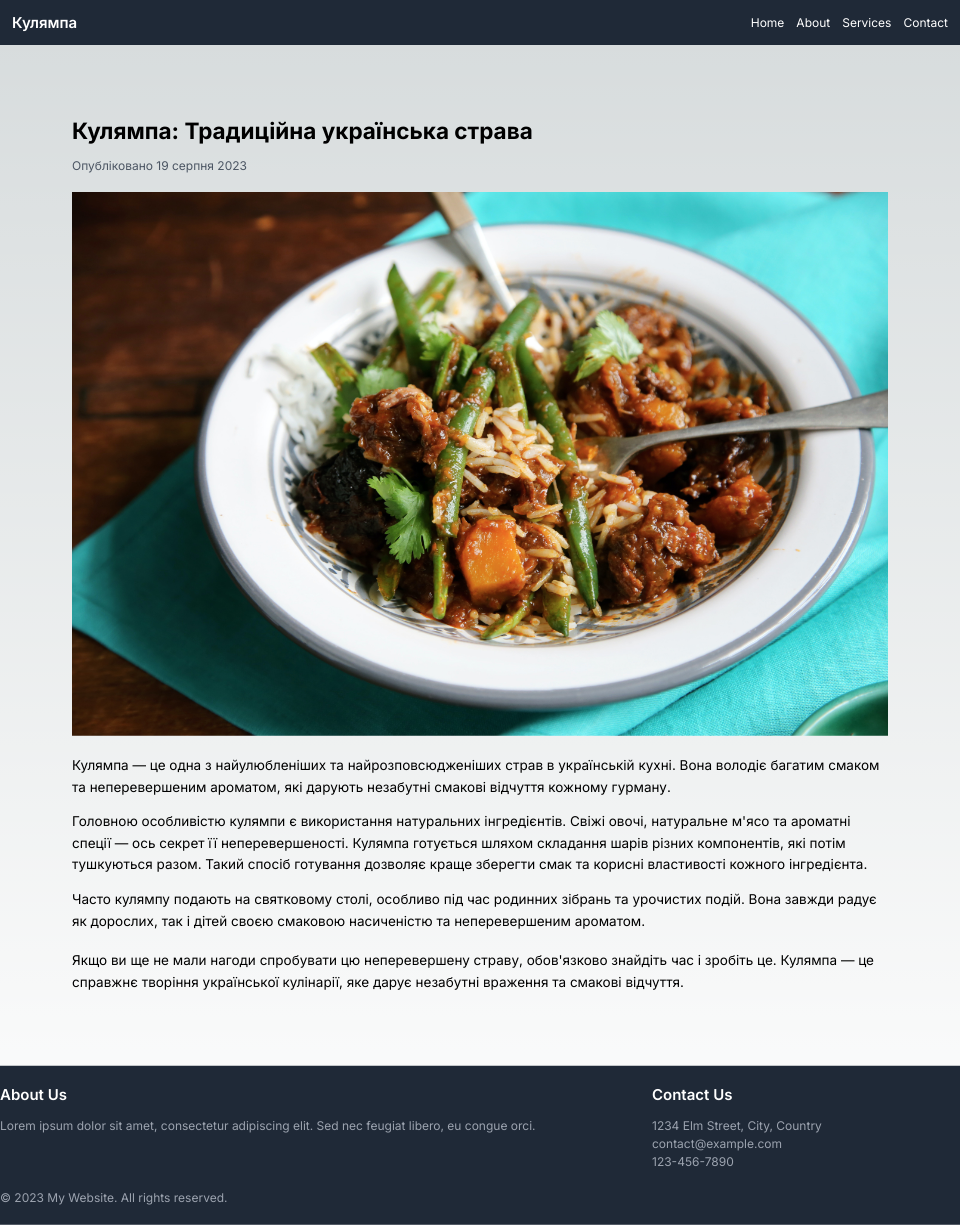
Repository: nika-otter/Kulyampa
Page: /YN
These files come from the project's save history. The page is drawn as it stood at one moment and after the next save; the edit follows.
The browser window is 1280 px wide. The pictures show the whole page, at 75% of full size.
The project was rebuilt for these pictures with package versions that can differ from the ones it lists, and the page was loaded fresh each time. The framework's server and built-in components were replaced by stand-ins that run in the browser. Also part of the build but not shown: next.config.js.

Above is the page before, as saved 2023-08-19 01:49:33.

### app/layout.tsx
import Header from '@/components/Header'
import Footer from '@/components/Footer'
import './globals.css'
import type { Metadata } from 'next'
import { Inter } from 'next/font/google'

const inter = Inter({ subsets: ['latin'] })

export const metadata: Metadata = {
  title: 'Create Next App',
  description: 'Generated by create next app',
}

export default function RootLayout({
  children,
}: {
  children: React.ReactNode
}) {
  return (
    <html lang="en">
      <body className={inter.className}>
        <Header />

        <main className="flex min-h-screen flex-col items-center justify-between p-24">
            {children}
          </main>
        <Footer/>
        </body>

    </html>
  )
}

### app/YN/page.tsx
import Kulyampa from '@/components/Kulyampa'
import Image from 'next/image'

export default function YN() {
  return (
    <>
      <Kulyampa />
    </>
  )
}

### components/Header.tsx
import React from 'react'

const Header = () => {
  return (
    <header className="bg-gray-800 text-white py-4 px-4">
      <div className="container mx-auto flex justify-between items-center">
        <h1 className="text-xl font-semibold">Кулямпа</h1>
        <nav>
          <ul className="flex space-x-4">
            <li>
              <a href="#" className="hover:text-gray-400">Home</a>
            </li>
            <li>
              <a href="/YN" className="hover:text-gray-400">About</a>
            </li>
            <li>
              <a href="#" className="hover:text-gray-400">Services</a>
            </li>
            <li>
              <a href="#" className="hover:text-gray-400">Contact</a>
            </li>
          </ul>
        </nav>
      </div>
    </header>
  )
}

export default Header

### components/Footer.tsx
import React from "react";

const Footer = () => {
  return (
    <footer className="bg-gray-800 text-white py-6">
      <div className="container mx-auto">
        <div className="grid grid-cols-1 md:grid-cols-3 gap-6">
          <div className="col-span-1 md:col-span-2">
            <h2 className="text-xl font-semibold mb-4">About Us</h2>
            <p className="text-gray-400">
              Lorem ipsum dolor sit amet, consectetur adipiscing elit. Sed nec
              feugiat libero, eu congue orci.
            </p>
          </div>
          <div>
            <h2 className="text-xl font-semibold mb-4">Contact Us</h2>
            <p className="text-gray-400">1234 Elm Street, City, Country</p>
            <p className="text-gray-400">contact@example.com</p>
            <p className="text-gray-400">123-456-7890</p>
          </div>
        </div>
        <div className="mt-6 ">
          <p className="text-gray-400 ">
            &copy; {new Date().getFullYear()} My Website. All rights reserved.
          </p>
        </div>
      </div>
    </footer>
  );
};

export default Footer;

### components/Kulyampa.tsx
import Image from 'next/image'
import React from 'react'

const Kulyampa = () => {
  return (
    <article>
      <h1 className="text-3xl font-bold mb-4">Кулямпа: Традиційна українська страва</h1>
      <p className="text-gray-600 mb-6">Опубліковано 19 серпня 2023</p>
      <Image
        src="/ca-creative-yzFO7e_87fs-unsplash.jpg"
        alt="Кулямпа"
        className="w-full h-auto mb-6"
        width={192}
        height={128}
      />
      <p className="text-lg leading-relaxed mb-4">
        Кулямпа — це одна з найулюбленіших та найрозповсюдженіших страв
        в українській кухні. Вона володіє багатим смаком та неперевершеним
        ароматом, які дарують незабутні смакові відчуття кожному гурману.
      </p>
      <p className="text-lg leading-relaxed mb-4">
        Головною особливістю кулямпи є використання натуральних інгредієнтів.
        Свіжі овочі, натуральне м'ясо та ароматні спеції — ось секрет її
        неперевершеності. Кулямпа готується шляхом складання шарів різних
        компонентів, які потім тушкуються разом. Такий спосіб готування дозволяє
        краще зберегти смак та корисні властивості кожного інгредієнта.
      </p>
      <p className="text-lg leading-relaxed mb-6">
        Часто кулямпу подають на святковому столі, особливо під час родинних
        зібрань та урочистих подій. Вона завжди радує як дорослих, так і дітей
        своєю смаковою насиченістю та неперевершеним ароматом.
      </p>
      <p className="text-lg leading-relaxed">
        Якщо ви ще не мали нагоди спробувати цю неперевершену страву, обов'язково
        знайдіть час і зробіть це. Кулямпа — це справжнє творіння української кулінарії,
        яке дарує незабутні враження та смакові відчуття.
      </p>
    </article>
  )
}

export default Kulyampa

Loaded but not shown: app/globals.css (common file); tailwind.config.ts (common file)

After the next save:
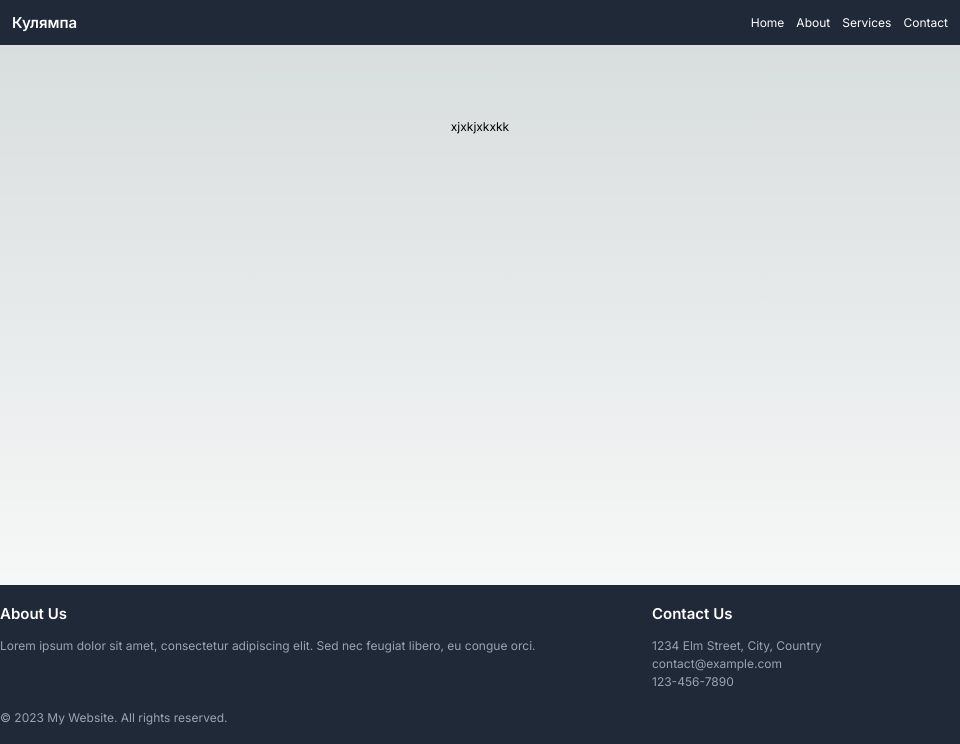
Saved 25 s later.
--- a/app/YN/page.tsx
+++ b/app/YN/page.tsx
@@ -4,7 +4,7 @@ import Image from 'next/image'
 export default function YN() {
   return (
     <>
-      <Kulyampa />
+      <p>xjxkjxkxkk</p>
     </>
   )
 }
